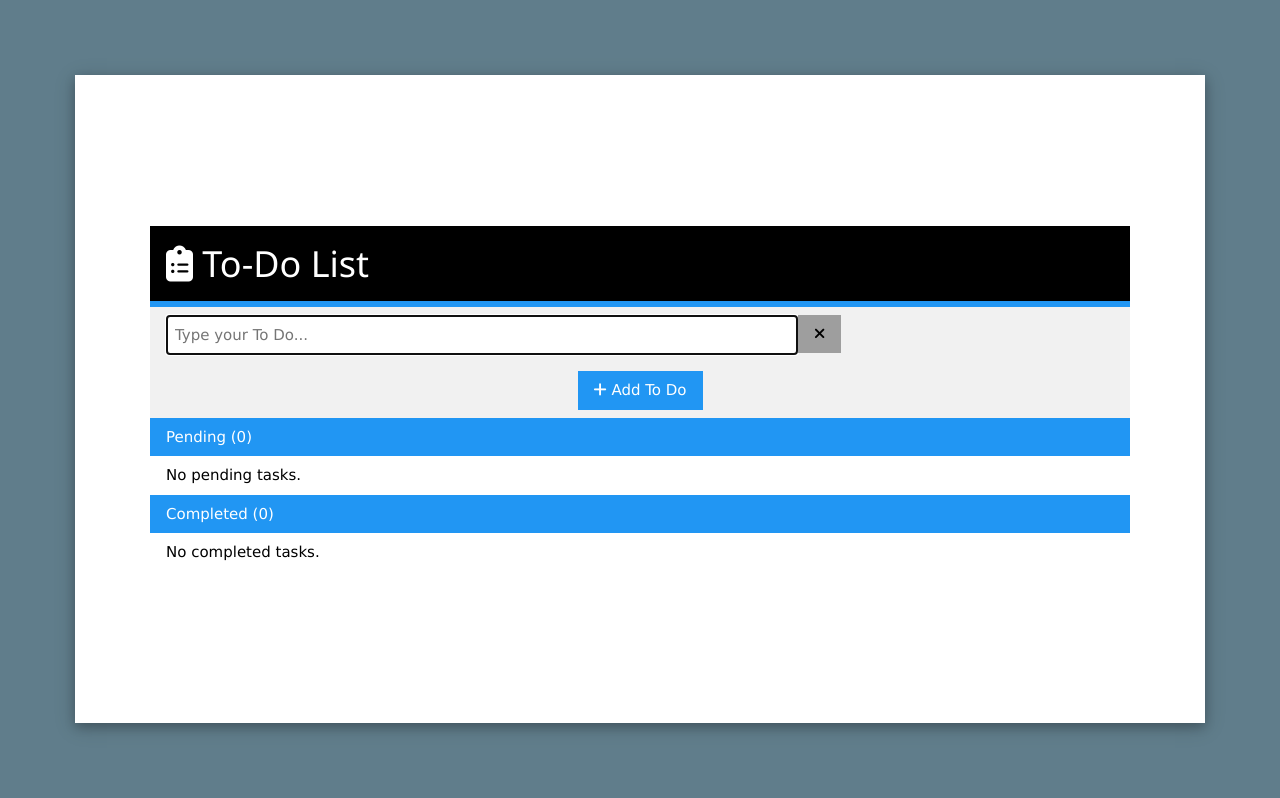
Repository: bclover/vue3-design-patterns-book
Page: /
The author's editor kept a copy of each file at every save. The page is drawn from the files as they stood at one save, then again after the next save.
The browser window is 1280 px wide. The pictures show the whole page.
The project was rebuilt for these pictures with package versions that can differ from the ones it lists, and the page was loaded fresh each time. Also part of the build but not shown: vite.config.ts.

Above is the page before, as saved 2023-06-19 22:40:12.

After the next save:
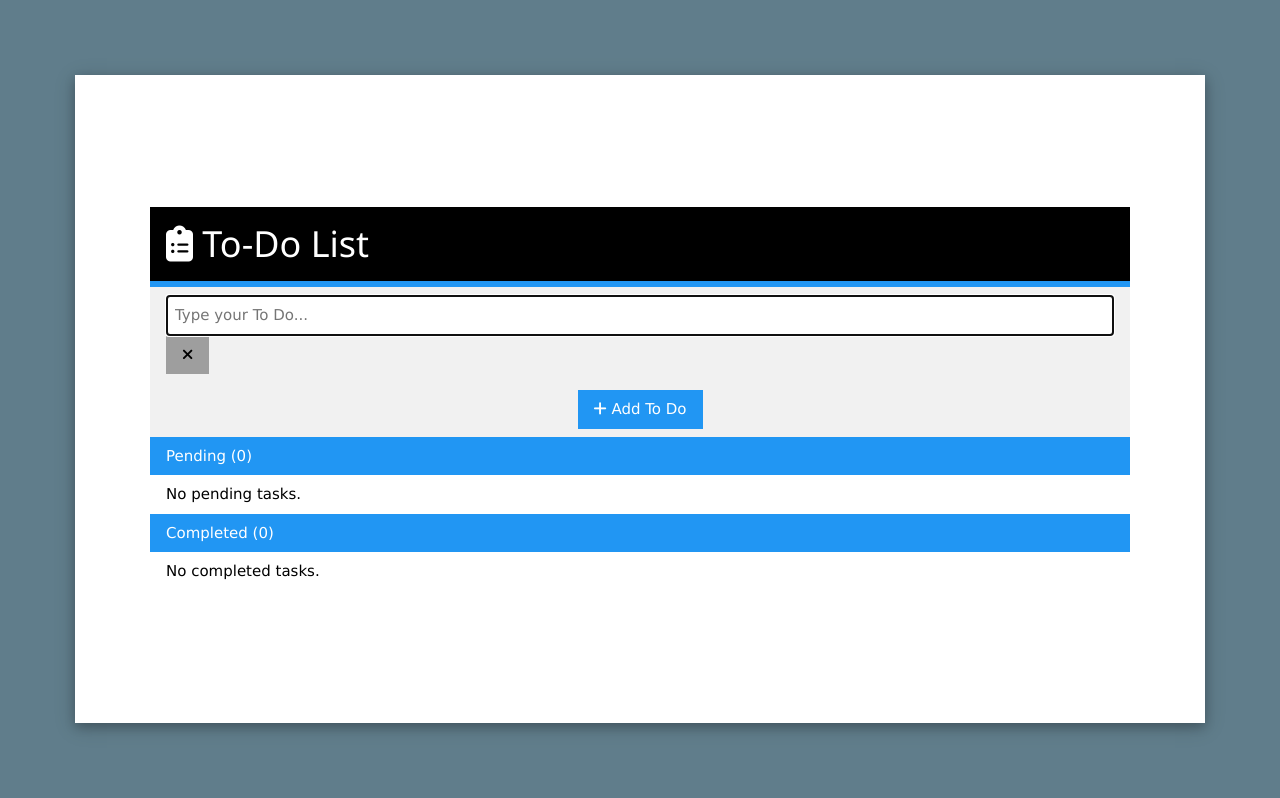
Saved 18 s later.
--- a/src/components/ToDos.vue
+++ b/src/components/ToDos.vue
@@ -42,7 +42,7 @@
     <!-- Remove & Add Buttons -->
     <div class="w3-container flex-container w3-light-gray w3-padding">
       <input
-        class="w3-input w3-twothird w3-border"
+        class="w3-input w3-border"
         type="text"
         autofocus
         v-model="_todo_text"

After the 2 saves that followed:
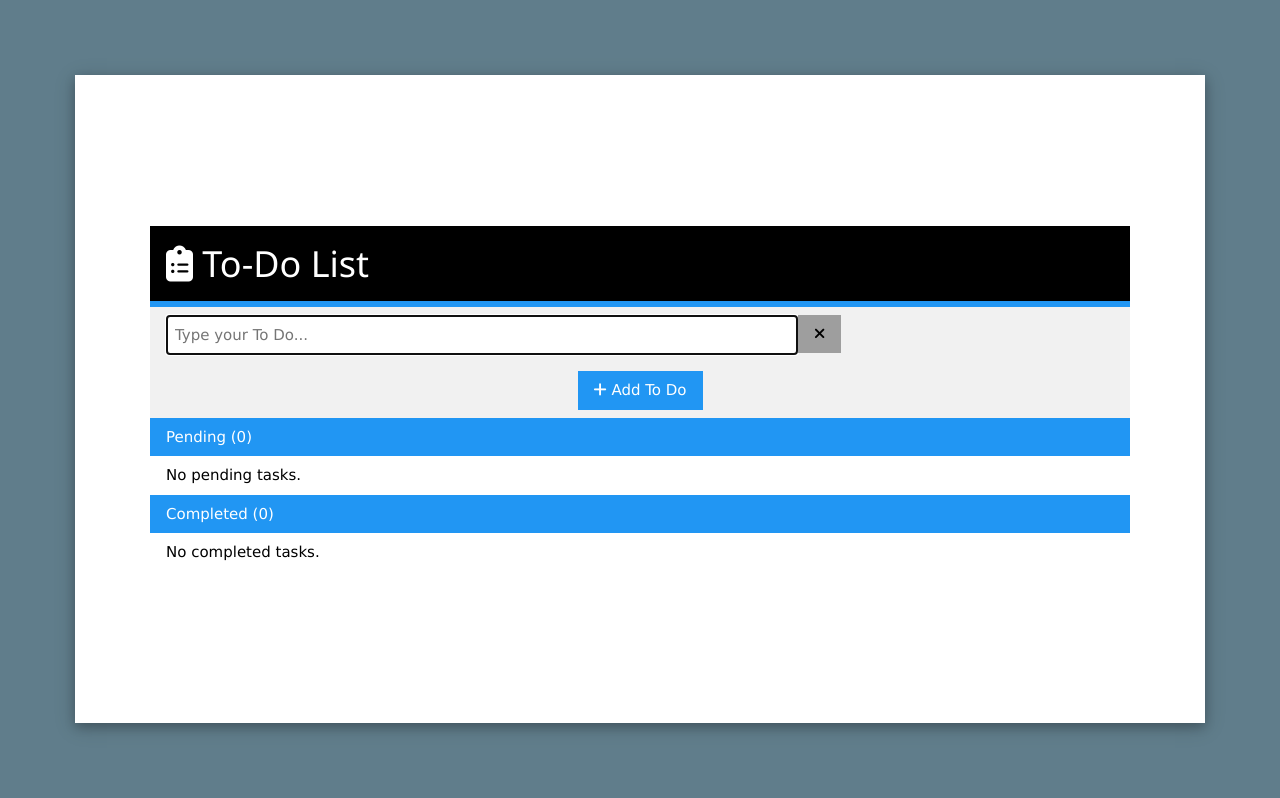
The 2 saves are shown as one change because 1 left the picture as it was.
The last was saved 3 min 50 s later.
--- a/src/components/ToDos.vue
+++ b/src/components/ToDos.vue
@@ -42,7 +42,7 @@
     <!-- Remove & Add Buttons -->
     <div class="w3-container flex-container w3-light-gray w3-padding">
       <input
-        class="w3-input w3-border"
+        class="w3-input w3-twothird w3-border"
         type="text"
         autofocus
         v-model="_todo_text"
